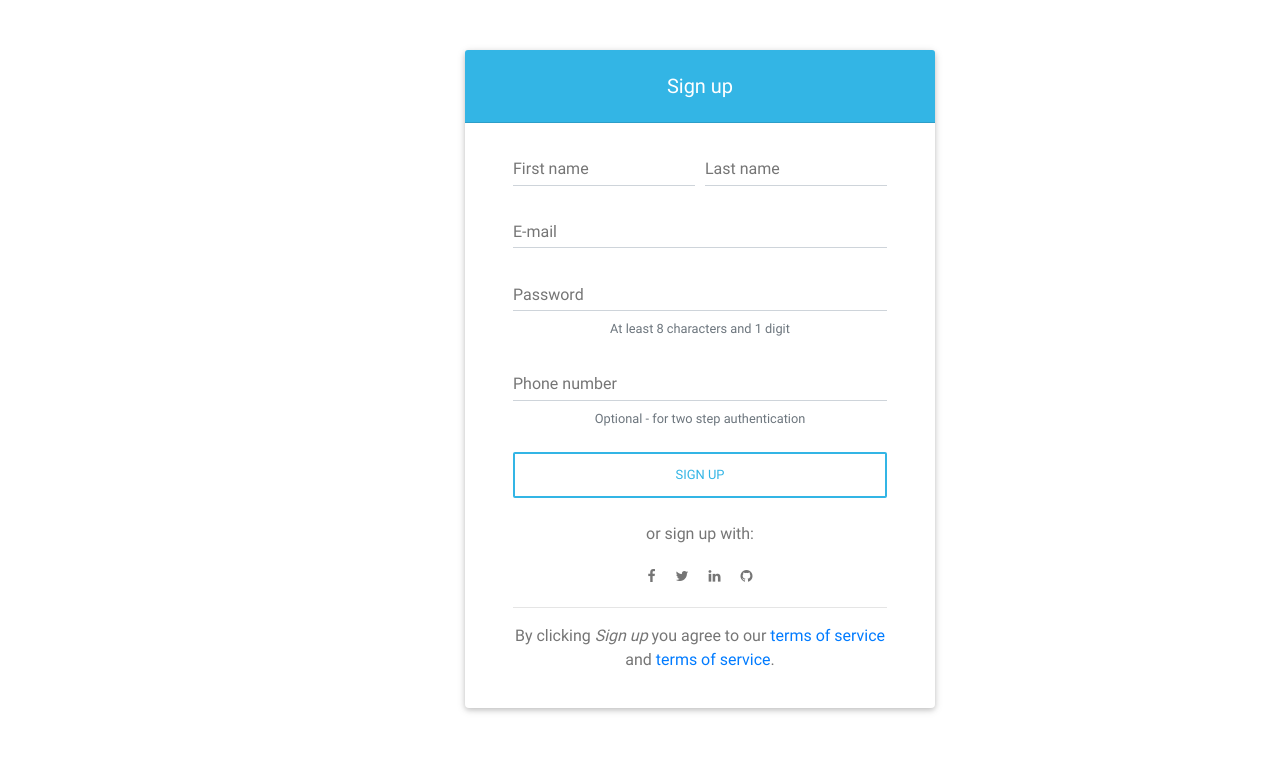
Repository: KJSCEhack/KJSCE_Vanquishers
Page: register.html
These files come from the project's save history. The page is drawn as it stood at one moment and after the next save; the edit follows.
The browser window is 1280 px wide. The pictures show the whole page.

Above is the page before, as saved 2018-10-06 06:46:33.

### register.html

<!DOCTYPE HTML>
<html>

<head>
    <!-- Font Awesome -->
    <link rel="stylesheet" href="https://maxcdn.bootstrapcdn.com/font-awesome/4.7.0/css/font-awesome.min.css">
    <!-- Bootstrap core CSS -->
    <link href="css/bootstrap.min.css" rel="stylesheet">
    <!-- Material Design Bootstrap -->
    <link href="css/mdb.min.css" rel="stylesheet">
    <!-- Your custom styles (optional) -->
    <link href="css/style.min.css" rel="stylesheet">
</head>
<body>
    <div class="col-md-6" style="margin-left:450px; margin-top:50px; width:500px";>
    <!-- Material form register -->
    <div class="card">

        <h5 class="card-header info-color white-text text-center py-4">
            <strong>Sign up</strong>
        </h5>

        <!--Card content-->
        <div class="card-body px-lg-5 pt-0">

            <!-- Form -->
            <form class="text-center" style="color: #757575;">

                <div class="form-row">
                    <div class="col">
                        <!-- First name -->
                        <div class="md-form">
                            <input type="text" id="materialRegisterFormFirstName" class="form-control">
                            <label for="materialRegisterFormFirstName">First name</label>
                        </div>
                    </div>
                    <div class="col">
                        <!-- Last name -->
                        <div class="md-form">
                            <input type="email" id="materialRegisterFormLastName" class="form-control">
                            <label for="materialRegisterFormLastName">Last name</label>
                        </div>
                    </div>
                </div>

                <!-- E-mail -->
                <div class="md-form mt-0">
                    <input type="email" id="materialRegisterFormEmail" class="form-control">
                    <label for="materialRegisterFormEmail">E-mail</label>
                </div>

                <!-- Password -->
                <div class="md-form">
                    <input type="password" id="materialRegisterFormPassword" class="form-control" aria-describedby="materialRegisterFormPasswordHelpBlock">
                    <label for="materialRegisterFormPassword">Password</label>
                    <small id="materialRegisterFormPasswordHelpBlock" class="form-text text-muted mb-4">
                        At least 8 characters and 1 digit
                    </small>
                </div>

                <!-- Phone number -->
                <div class="md-form">
                    <input type="password" id="materialRegisterFormPhone" class="form-control" aria-describedby="materialRegisterFormPhoneHelpBlock">
                    <label for="materialRegisterFormPhone">Phone number</label>
                    <small id="materialRegisterFormPhoneHelpBlock" class="form-text text-muted mb-4">
                        Optional - for two step authentication
                    </small>
                </div>

                <!-- Sign up button -->
                <button class="btn btn-outline-info btn-rounded btn-block my-4 waves-effect z-depth-0" type="submit">Sign up</button>

                <!-- Social register -->
                <p>or sign up with:</p>

                <a type="button" class="btn-floating btn-fb btn-sm">
                    <i class="fa fa-facebook"></i>
                </a>
                <a type="button" class="btn-floating btn-tw btn-sm">
                    <i class="fa fa-twitter"></i>
                </a>
                <a type="button" class="btn-floating btn-li btn-sm">
                    <i class="fa fa-linkedin"></i>
                </a>
                <a type="button" class="btn-floating btn-git btn-sm">
                    <i class="fa fa-github"></i>
                </a>

                <hr>

                <!-- Terms of service -->
                <p>By clicking
                    <em>Sign up</em> you agree to our
                    <a href="" target="_blank">terms of service</a> and
                    <a href="" target="_blank">terms of service</a>. </p>

            </form>
            <!-- Form -->

        </div>

    </div>
    <!-- Material form register -->
</body>
</html>

Loaded but not shown: css/bootstrap.min.css (library); css/mdb.min.css (library); css/style.min.css (common file)

After the next save:
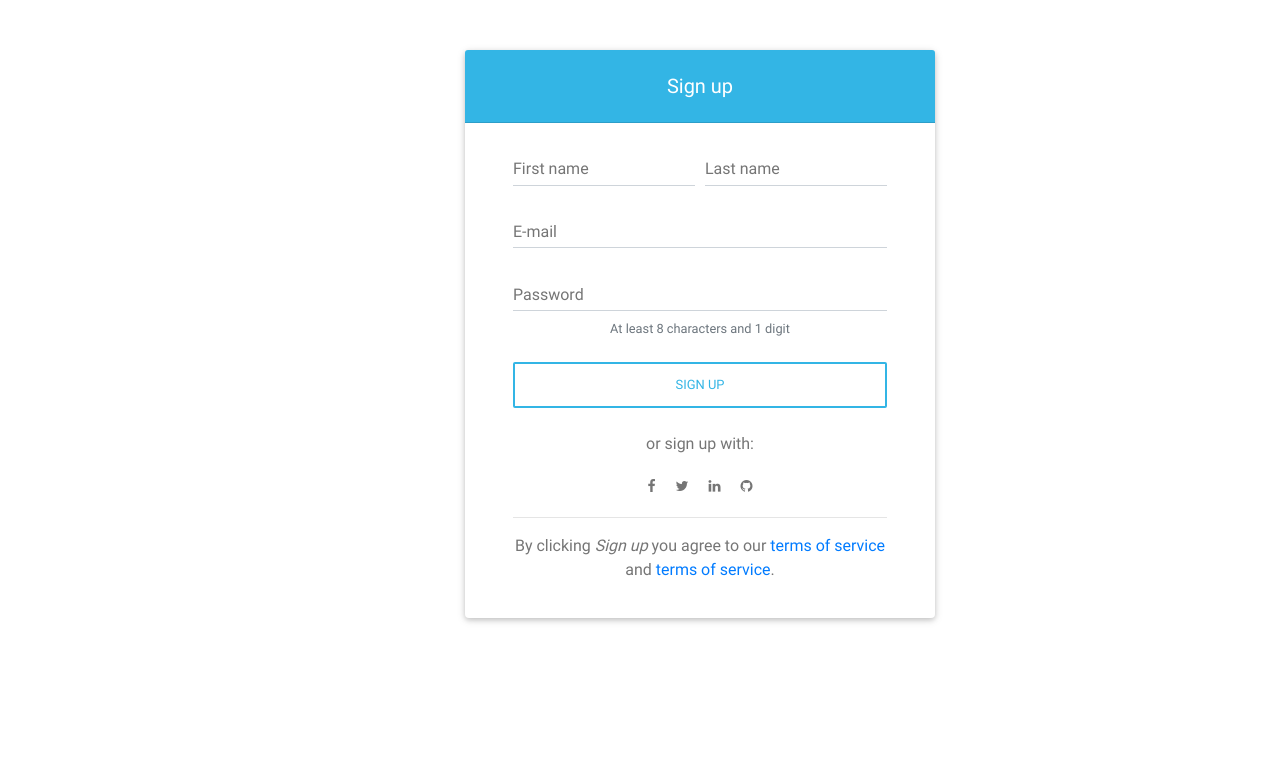
Saved 32 s later.
--- a/register.html
+++ b/register.html
@@ -59,15 +59,6 @@
                     </small>
                 </div>
 
-                <!-- Phone number -->
-                <div class="md-form">
-                    <input type="password" id="materialRegisterFormPhone" class="form-control" aria-describedby="materialRegisterFormPhoneHelpBlock">
-                    <label for="materialRegisterFormPhone">Phone number</label>
-                    <small id="materialRegisterFormPhoneHelpBlock" class="form-text text-muted mb-4">
-                        Optional - for two step authentication
-                    </small>
-                </div>
-
                 <!-- Sign up button -->
                 <button class="btn btn-outline-info btn-rounded btn-block my-4 waves-effect z-depth-0" type="submit">Sign up</button>
 
